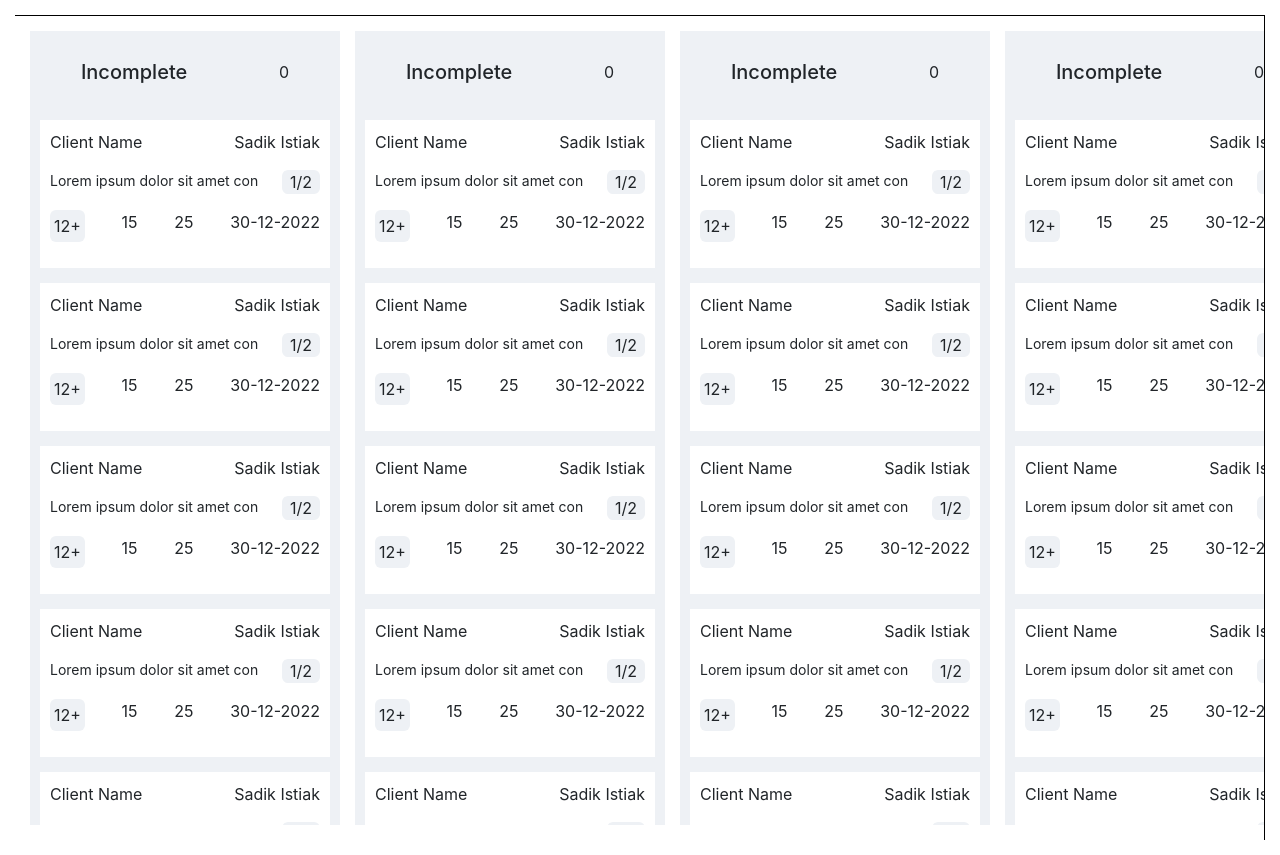
Repository: Sharif-00112/dashboard-task-frontend
Page: /
These files come from the project's save history. The page is drawn as it stood at one moment and after the next save; the edit follows.
The browser window is 1280 px wide. The pictures show the whole page.
The project was rebuilt for these pictures with package versions that can differ from the ones it lists, and the page was loaded fresh each time.

Above is the page before, as saved 2023-01-29 20:04:48.

### public/index.html
<!DOCTYPE html>
<html lang="en">
  <head>
    <meta charset="utf-8" />
    <link rel="icon" href="%PUBLIC_URL%/favicon.ico" />
    <meta name="viewport" content="width=device-width, initial-scale=1" />
    <meta name="theme-color" content="#000000" />
    <meta
      name="description"
      content="Web site created using create-react-app"
    />
    <!-- <script src="https://kit.fontawesome.com/eb9242a349.js" crossorigin="anonymous"></script>
    <link rel="stylesheet" href="https://kit.fontawesome.com/eb9242a349.css" crossorigin="anonymous"> -->

    <link rel="apple-touch-icon" href="%PUBLIC_URL%/logo192.png" />
    <!--
      manifest.json provides metadata used when your web app is installed on a
      user's mobile device or desktop. See https://developers.google.com/web/fundamentals/web-app-manifest/
    -->
    <link rel="manifest" href="%PUBLIC_URL%/manifest.json" />
    <!--
      Notice the use of %PUBLIC_URL% in the tags above.
      It will be replaced with the URL of the `public` folder during the build.
      Only files inside the `public` folder can be referenced from the HTML.

      Unlike "/favicon.ico" or "favicon.ico", "%PUBLIC_URL%/favicon.ico" will
      work correctly both with client-side routing and a non-root public URL.
      Learn how to configure a non-root public URL by running `npm run build`.
    -->
    <title>React App</title>
  </head>
  <body>
    <noscript>You need to enable JavaScript to run this app.</noscript>
    <div id="root"></div>
    <!--
      This HTML file is a template.
      If you open it directly in the browser, you will see an empty page.

      You can add webfonts, meta tags, or analytics to this file.
      The build step will place the bundled scripts into the <body> tag.

      To begin the development, run `npm start` or `yarn start`.
      To create a production bundle, use `npm run build` or `yarn build`.
    -->
  </body>
</html>

### src/index.js
import React from 'react';
import 'bootstrap/dist/css/bootstrap.css';
import ReactDOM from 'react-dom/client';
import './index.css';
import App from './App';
import reportWebVitals from './reportWebVitals';

const root = ReactDOM.createRoot(document.getElementById('root'));
root.render(
  <React.StrictMode>
    <App />
  </React.StrictMode>
);

// If you want to start measuring performance in your app, pass a function
// to log results (for example: reportWebVitals(console.log))
// or send to an analytics endpoint. Learn more: https://bit.ly/CRA-vitals
reportWebVitals();

### src/App.js
import './App.css';
import Dashboard from './Components/Dashboard';
import './Components/styles.css'

function App() {
  return (
    <div className="App">
      <Dashboard></Dashboard>
    </div>
  );
}

export default App;

### src/Components/Dashboard.js
import React from 'react';
import Incomplete from './Incomplete';

const Dashboard = () => {
    return (
        <div className='dashboard landing'  style={{overflowX:"scroll"}} >
            <Incomplete></Incomplete>
            <Incomplete></Incomplete>
            <Incomplete></Incomplete>
            <Incomplete></Incomplete>
            <Incomplete></Incomplete>
            <Incomplete></Incomplete>
        </div>
    );
};

export default Dashboard;

### src/Components/styles.css
.background{
    background-color: rgb(238, 241, 245);
}

.section-container{
    width: 310px;
    height: 100vh;
}

.task-part{
    display: flex;
    justify-content: space-between;
}

.task-title{
    display: flex;
    justify-content: space-around;
    padding: 5px;
}

.task{
    background-color: white;
    margin: 15px 10px;
    padding: 10px;
}

.dashboard{
    display: grid;
    grid-template-columns: 1fr 1fr 1fr 1fr 1fr 1fr;
    grid-gap: 15px;
}

.landing{
    border-top: 1px solid black;
    border-right: 1px solid black;
    padding: 15px;
    margin: 15px;
    width: auto;
}

### src/Components/Incomplete.js
import React, { useState } from 'react';
import { useEffect } from 'react';
import './styles.css';
import Task from './Task';

const Incomplete = () => {
    const [tasks, setTasks] = useState([]);
    useEffect( ()=> {
        fetch('./tasks.JSON')
        .then(res => res.json())
        .then(data => setTasks(data))
    } ,[])
    return (
        <div className='background pt-4'>
            <div className="task-title">
                <h5>Incomplete</h5>
                <p>0</p>
            </div>
            <div style={{overflowY:"scroll"}} className="section-container">
                <div className="task-container">
                    {
                        tasks.map(task => <Task
                            key={task.taskNo}
                            task={task}
                        ></Task>)
                    }
                </div>
            </div>
        </div>
    );
};

export default Incomplete;

### src/Components/Task.js
import React from 'react';
import './styles.css';

const Task = (props) => {
    const {clientName, clientImg, supervisorName, supervisorImg, taskSummary, progress, staff1Img, staff2Img, modules, message, attachment, date} = props.task;
    return (
        <div className='task'>
            <div className="task-part">
                <p>{clientName}</p>
                <p>{supervisorName}</p>
            </div>
            <div className="task-part">
                <small>{taskSummary.substring(0,30)}</small>
                <p className='background px-2 rounded'>{progress}</p>
            </div>
            <div className="task-part">
                <p className='background p-1 rounded'>{modules}+</p>
                <p>{message}</p>
                <p>{attachment}</p>
                <p>{date}</p>
            </div>
        </div>
    );
};

export default Task;

### public/tasks.JSON
[
  {
    "taskNo": 1,
    "clientName": "Client Name",
    "clientImg": "clientIMG.jpg",
    "supervisorName": "Sadik Istiak",
    "supervisorImg": "supervisorIMG.jpg",
    "taskSummary": "Lorem ipsum dolor sit amet consectetur adipisicing elit. Pariatur velit nemo accusamus. Dolorum, doloribus quisquam unde repellat iusto voluptatum quasi?",
    "progress": "1/2",
    "staff1Img": "staff1.jpg",
    "staff2Img": "staff2.jpg",
    "modules": 12,
    "message": 15,
    "attachment": 25,
    "date": "30-12-2022"
  },
  {
    "taskNo": 2,
    "clientName": "Client Name",
    "clientImg": "clientIMG.jpg",
    "supervisorName": "Sadik Istiak",
    "supervisorImg": "supervisorIMG.jpg",
    "taskSummary": "Lorem ipsum dolor sit amet consectetur adipisicing elit. Pariatur velit nemo accusamus. Dolorum, doloribus quisquam unde repellat iusto voluptatum quasi?",
    "progress": "1/2",
    "staff1Img": "staff1.jpg",
    "staff2Img": "staff2.jpg",
    "modules": 12,
    "message": 15,
    "attachment": 25,
    "date": "30-12-2022"
  },
  {
    "taskNo": 3,
    "clientName": "Client Name",
    "clientImg": "clientIMG.jpg",
    "supervisorName": "Sadik Istiak",
    "supervisorImg": "supervisorIMG.jpg",
    "taskSummary": "Lorem ipsum dolor sit amet consectetur adipisicing elit. Pariatur velit nemo accusamus. Dolorum, doloribus quisquam unde repellat iusto voluptatum quasi?",
    "progress": "1/2",
    "staff1Img": "staff1.jpg",
    "staff2Img": "staff2.jpg",
    "modules": 12,
    "message": 15,
    "attachment": 25,
    "date": "30-12-2022"
  },
  {
    "taskNo": 4,
    "clientName": "Client Name",
    "clientImg": "clientIMG.jpg",
    "supervisorName": "Sadik Istiak",
    "supervisorImg": "supervisorIMG.jpg",
    "taskSummary": "Lorem ipsum dolor sit amet consectetur adipisicing elit. Pariatur velit nemo accusamus. Dolorum, doloribus quisquam unde repellat iusto voluptatum quasi?",
    "progress": "1/2",
    "staff1Img": "staff1.jpg",
    "staff2Img": "staff2.jpg",
    "modules": 12,
    "message": 15,
    "attachment": 25,
    "date": "30-12-2022"
  },
  {
    "taskNo": 5,
    "clientName": "Client Name",
    "clientImg": "clientIMG.jpg",
    "supervisorName": "Sadik Istiak",
    "supervisorImg": "supervisorIMG.jpg",
    "taskSummary": "Lorem ipsum dolor sit amet consectetur adipisicing elit. Pariatur velit nemo accusamus. Dolorum, doloribus quisquam unde repellat iusto voluptatum quasi?",
    "progress": "1/2",
    "staff1Img": "staff1.jpg",
    "staff2Img": "staff2.jpg",
    "modules": 12,
    "message": 15,
    "attachment": 25,
    "date": "30-12-2022"
  },
  {
    "taskNo": 6,
    "clientName": "Client Name",
    "clientImg": "clientIMG.jpg",
    "supervisorName": "Sadik Istiak",
    "supervisorImg": "supervisorIMG.jpg",
    "taskSummary": "Lorem ipsum dolor sit amet consectetur adipisicing elit. Pariatur velit nemo accusamus. Dolorum, doloribus quisquam unde repellat iusto voluptatum quasi?",
    "progress": "1/2",
    "staff1Img": "staff1.jpg",
    "staff2Img": "staff2.jpg",
    "modules": 12,
    "message": 15,
    "attachment": 25,
    "date": "30-12-2022"
  },
  {
    "taskNo": 7,
    "clientName": "Client Name",
    "clientImg": "clientIMG.jpg",
    "supervisorName": "Sadik Istiak",
    "supervisorImg": "supervisorIMG.jpg",
    "taskSummary": "Lorem ipsum dolor sit amet consectetur adipisicing elit. Pariatur velit nemo accusamus. Dolorum, doloribus quisquam unde repellat iusto voluptatum quasi?",
    "progress": "1/2",
    "staff1Img": "staff1.jpg",
    "staff2Img": "staff2.jpg",
    "modules": 12,
    "message": 15,
    "attachment": 25,
    "date": "30-12-2022"
  },
  {
    "taskNo": 8,
    "clientName": "Client Name",
    "clientImg": "clientIMG.jpg",
    "supervisorName": "Sadik Istiak",
    "supervisorImg": "supervisorIMG.jpg",
    "taskSummary": "Lorem ipsum dolor sit amet consectetur adipisicing elit. Pariatur velit nemo accusamus. Dolorum, doloribus quisquam unde repellat iusto voluptatum quasi?",
    "progress": "1/2",
    "staff1Img": "staff1.jpg",
    "staff2Img": "staff2.jpg",
    "modules": 12,
    "message": 15,
    "attachment": 25,
    "date": "30-12-2022"
  },
  {
    "taskNo": 9,
    "clientName": "Client Name",
    "clientImg": "clientIMG.jpg",
    "supervisorName": "Sadik Istiak",
    "supervisorImg": "supervisorIMG.jpg",
    "taskSummary": "Lorem ipsum dolor sit amet consectetur adipisicing elit. Pariatur velit nemo accusamus. Dolorum, doloribus quisquam unde repellat iusto voluptatum quasi?",
    "progress": "1/2",
    "staff1Img": "staff1.jpg",
    "staff2Img": "staff2.jpg",
    "modules": 12,
    "message": 15,
    "attachment": 25,
    "date": "30-12-2022"
  },
  {
    "taskNo": 10,
    "clientName": "Client Name",
    "clientImg": "clientIMG.jpg",
    "supervisorName": "Sadik Istiak",
    "supervisorImg": "supervisorIMG.jpg",
    "taskSummary": "Lorem ipsum dolor sit amet consectetur adipisicing elit. Pariatur velit nemo accusamus. Dolorum, doloribus quisquam unde repellat iusto voluptatum quasi?",
    "progress": "1/2",
    "staff1Img": "staff1.jpg",
    "staff2Img": "staff2.jpg",
    "modules": 12,
    "message": 15,
    "attachment": 25,
    "date": "30-12-2022"
  }
]

Loaded but not shown: src/index.css (common file); src/reportWebVitals.js (common file); src/App.css (common file)

After the next save:
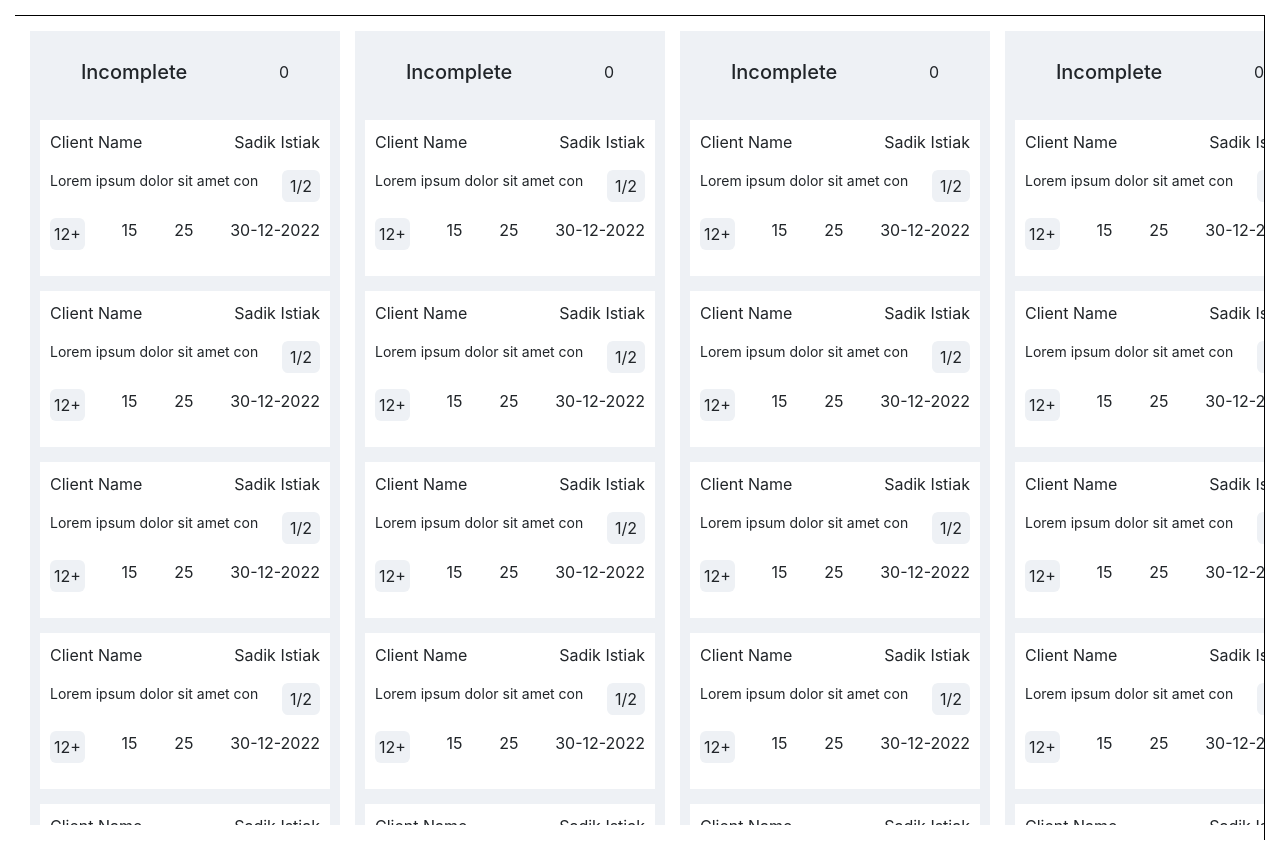
Saved 9 s later.
--- a/src/Components/Task.js
+++ b/src/Components/Task.js
@@ -11,7 +11,7 @@ const Task = (props) => {
             </div>
             <div className="task-part">
                 <small>{taskSummary.substring(0,30)}</small>
-                <p className='background px-2 rounded'>{progress}</p>
+                <p className='background px-2 py-1 rounded'>{progress}</p>
             </div>
             <div className="task-part">
                 <p className='background p-1 rounded'>{modules}+</p>
